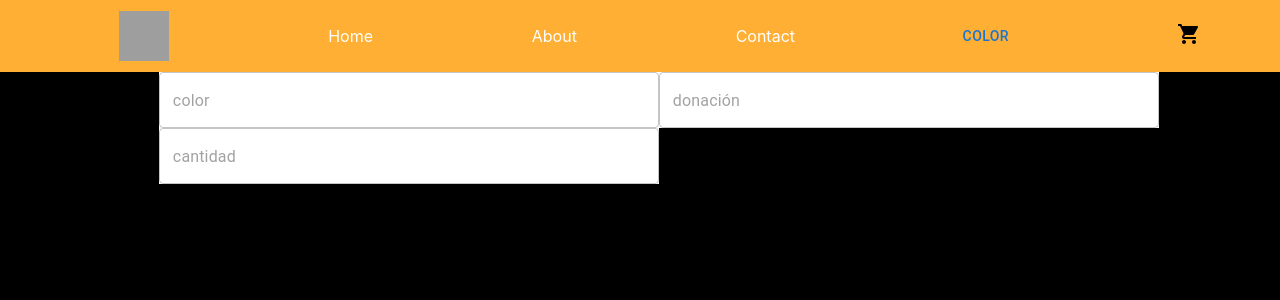
Repository: Toydrum/React-Hector-Coronado-EntregaFinal
Page: /shop
An editor plug-in stored every save of this project. The page is shown before and after the next save, followed by the edit.
The browser window is 1280 px wide. The pictures show the whole page.
Pictures or frames that could not be fetched are drawn as grey boxes. The project was rebuilt for these pictures with package versions that can differ from the ones it lists, and the page was loaded fresh each time. Also part of the build but not shown: vite.config.js, src/components/CardUser/CardUser.jsx, src/components/CardList/CardList.css, src/firebase/firebaseConfig.js, src/components/CardList/CardList.jsx, src/pages/HomePage/HomePage.jsx, src/pages/ContactPage/ContactPage.jsx, src/pages/AboutPage/AboutPage.jsx and 1 more.

Above is the page before, as saved 2023-07-16 17:48:14.

### src/App.jsx
//import React from "react";
import "./App.css";
import { BrowserRouter as Router, Routes, Route } from "react-router-dom";
//Components
import NavBar from "./components/Navbar/Navbar";
//import MenuColor from "./components/MenuColor/MenuColor";
//import CardUser from "./components/CardUser/CardUser";

//Pages
import HomePage from "./pages/HomePage/HomePage";
import ContactPage from "./pages/ContactPage/ContactPage";
import AboutPage from "./pages/AboutPage/AboutPage";
import DetailPage from "./pages/DetailPage/DetailPage";
import ShopPage from "./pages/ShopPage/ShopPage";

const App = () => {
  return (
    <Router>
      <div className="App">
        <NavBar />
        <Routes>
          <Route path="/" element={<HomePage />}></Route>
          <Route path="/About" element={<AboutPage />}></Route>
          <Route path="/Contact" element={<ContactPage />}></Route>
          <Route path="/detail/:id" element={<DetailPage />}></Route>
          <Route path="/shop" element={<ShopPage />}></Route>
        </Routes>
        <div className="Cards-Container"></div>
      </div>
    </Router>
  );
};

export default App;

### src/App.css
body{
  background-color: black;
}

.App {
  display: flex;
  flex-direction: column;
  justify-content: center;
}

.Cards-Container{
  display: flex;
  width: 100%;
  justify-content: center;
}

### src/components/Navbar/Navbar.jsx
import React from "react";
import "./Navbar.css";
import logo from "./cat-logo.svg";
import { Link } from "react-router-dom";
import CartWidget from "../CartWidget/CartWidget";
import MenuColor from "../MenuColor/MenuColor";

const NavBar = () => {
  return (
    <nav className="nav-container">
      <ul className="nav-ul">
        <img src={logo} alt="gatito" style={{ height: 50, width: 50 }} />
        <li className="li">
          <Link to="/" className="li">
            Home
          </Link>
        </li>
        <li className="li">
          <Link to="/about" className="li">
            About
          </Link>
        </li>
        <li className="li">
          <Link to="/contact" className="li">
            Contact
          </Link>
        </li>
        <li className="li">
          <MenuColor />
        </li>
        <li className="li">
          <Link to="/shop" className="li">
            <CartWidget className="li" />
          </Link>
        </li>
      </ul>
    </nav>
  );
};

export default NavBar;

### src/pages/ShopPage/ShopPage.jsx
import React from "react";
import TextField from "@mui/material/TextField";
import "./Styles.css";

const ShopPage = () => {
  return (
    <>
      <div className="caja">
        <h1 className="titulo">ShopPage</h1>
        <form>
          <TextField name="color" className="campo" placeholder="color" />
          <TextField name="donación" className="campo" placeholder="donación" />
          <TextField name="cantidad" className="campo" placeholder="cantidad" />
        </form>
      </div>
    </>
  );
};

export default ShopPage;

### src/components/Navbar/Navbar.css
.nav-container {
  background-color: #FFAF33;
  height: 10vh;
  display: flex;
  width: 100%;
  justify-content: space-around;
  align-items: center;
}

.nav-ul {
  display: flex;
  width: 100%;
  justify-content: space-around;
  align-items: center;
}

.li {
  color: white;
  list-style-type: none;
  text-decoration: none;
}

### src/components/CartWidget/CartWidget.jsx
import React from "react";
import ShoppingCartIcon from "@mui/icons-material/ShoppingCart";
import { Link } from "react-router-dom";

const CartWidget = () => {
  return (
    <div style={{ color: "black" }}>
      <ShoppingCartIcon />
    </div>
  );
};

export default CartWidget;

### src/components/MenuColor/MenuColor.jsx
import * as React from "react";
import Button from "@mui/material/Button";
import Menu from "@mui/material/Menu";
import MenuItem from "@mui/material/MenuItem";

const MenuColor = () => {
  const [anchorEl, setAnchorEl] = React.useState(null);
  const open = Boolean(anchorEl);
  const handleClick = (event) => {
    setAnchorEl(event.currentTarget);
  };
  const handleClose = () => {
    setAnchorEl(null);
  };

  return (
    <div>
      <Button
        id="demo-positioned-button"
        aria-controls={open ? "demo-positioned-menu" : undefined}
        aria-haspopup="true"
        aria-expanded={open ? "true" : undefined}
        onClick={handleClick}
      >
        Color
      </Button>
      <Menu
        id="demo-positioned-menu"
        aria-labelledby="demo-positioned-button"
        anchorEl={anchorEl}
        open={open}
        onClose={handleClose}
        anchorOrigin={{
          vertical: "top",
          horizontal: "left",
        }}
        transformOrigin={{
          vertical: "top",
          horizontal: "left",
        }}
      >
        <MenuItem onClick={handleClose}>Profile</MenuItem>
        <MenuItem onClick={handleClose}>My account</MenuItem>
        <MenuItem onClick={handleClose}>Logout</MenuItem>
      </Menu>
    </div>
  );
};

export default MenuColor;

### src/pages/ShopPage/Styles.css
.campo{
  display: flex;
  flex-flow: column;
  width: 500px;
  background-color : white;
  color: black;

}

.caja{
  display:flex;
  justify-content: center;
  color:black;
}

Loaded but not shown: index.html (common file); src/main.jsx (common file); src/index.css (common file)

After the next save:
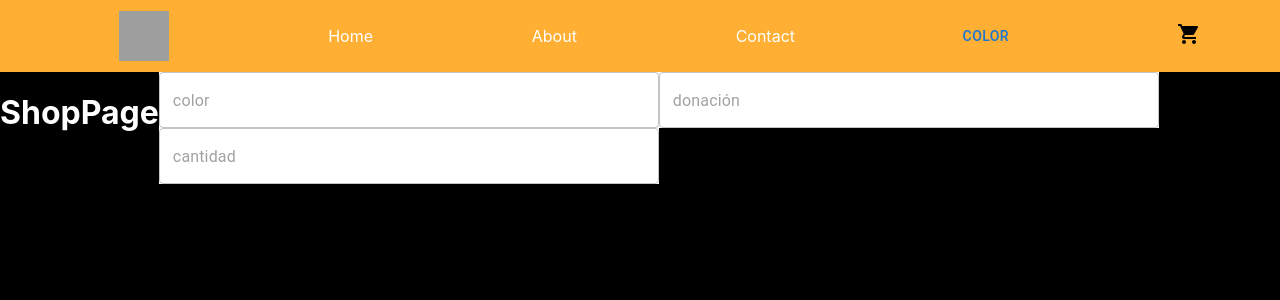
Saved 23 s later.
--- a/src/pages/ShopPage/Styles.css
+++ b/src/pages/ShopPage/Styles.css
@@ -12,3 +12,7 @@
   justify-content: center;
   color:black;
 }
+
+.titulo{
+  color: white;
+}
